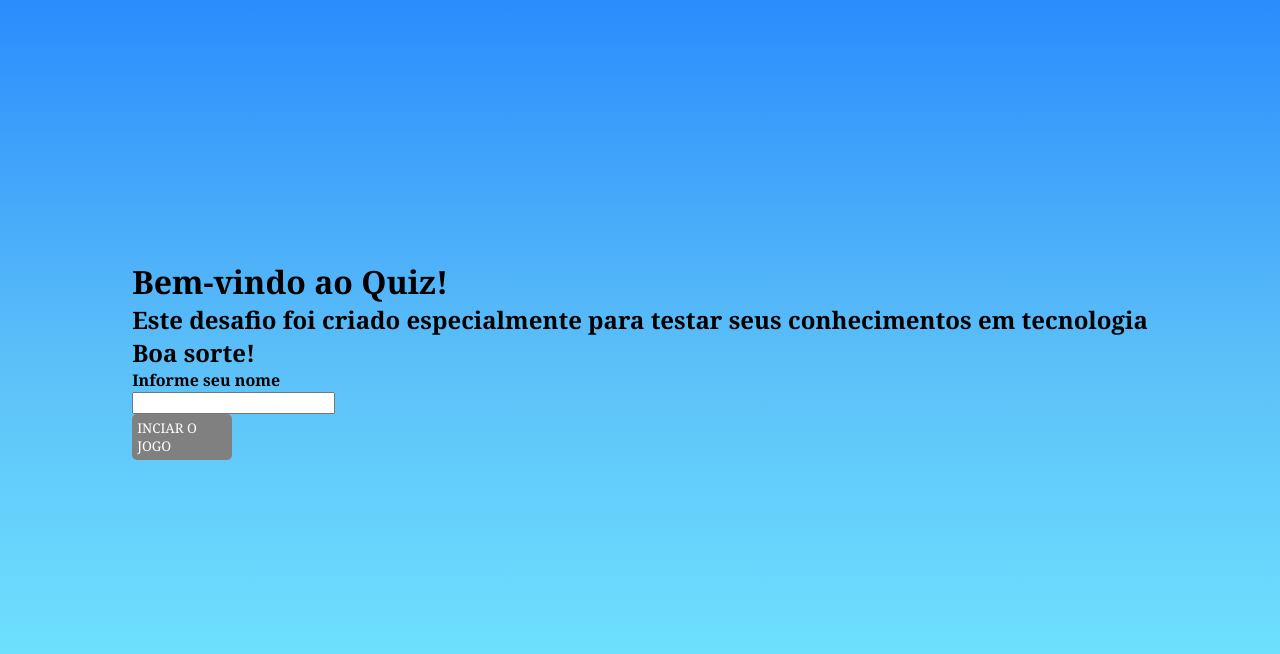
Repository: LaisSilvaO/Projeto-Quizz
Page: telas/apresentação.html
These files come from the project's save history. The page is drawn as it stood at one moment and after the next save; the edit follows.
The browser window is 1280 px wide. The pictures show the whole page.

Above is the page before, as saved 2024-12-25 18:29:53.

After the next save:
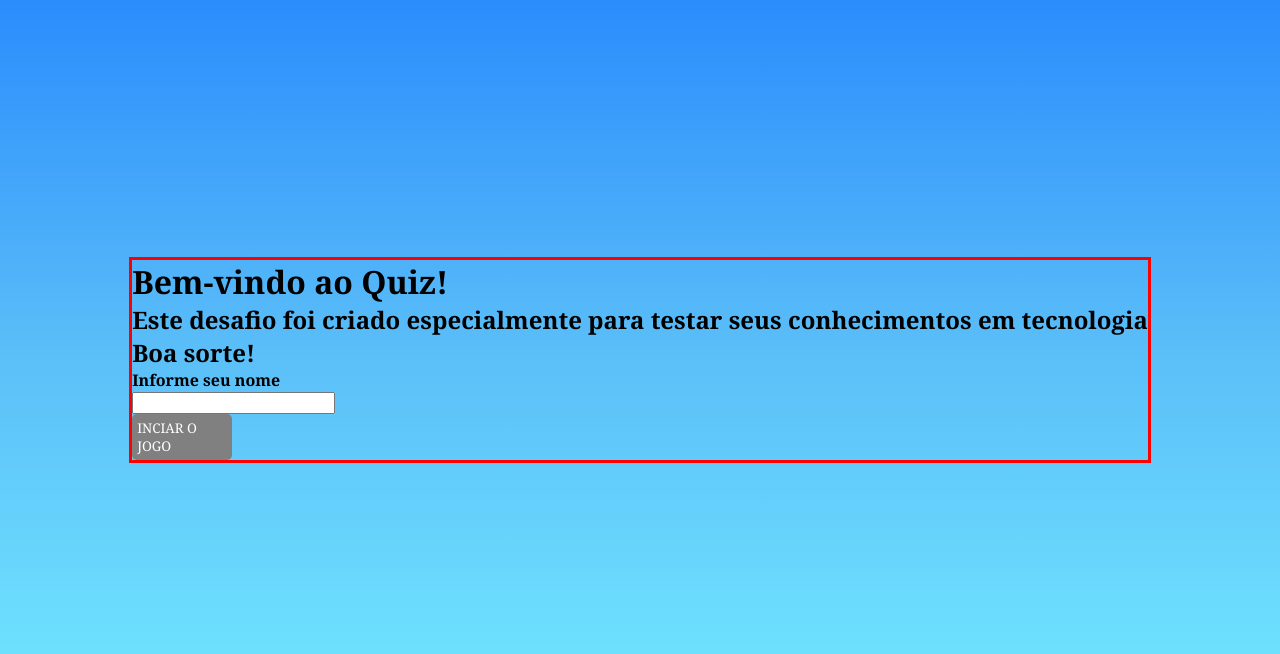
Saved 19 s later.
--- a/img/tela.css
+++ b/img/tela.css
@@ -23,7 +23,7 @@ main {
   width: 100%;
   max-width: 600px;
   min-height: 400px;
-  display:flex;
+  display: flex;
   align-items: center;
   justify-content: center;
 }
@@ -61,9 +61,10 @@ button {
   flex-direction: column;
   gap: 10px;
 }
-div .borda1{
 
-    border-style: solid;
-    border-color: red;
+.borda1 {
+
+  border-style: solid;
+  border-color: red;
 
 }
